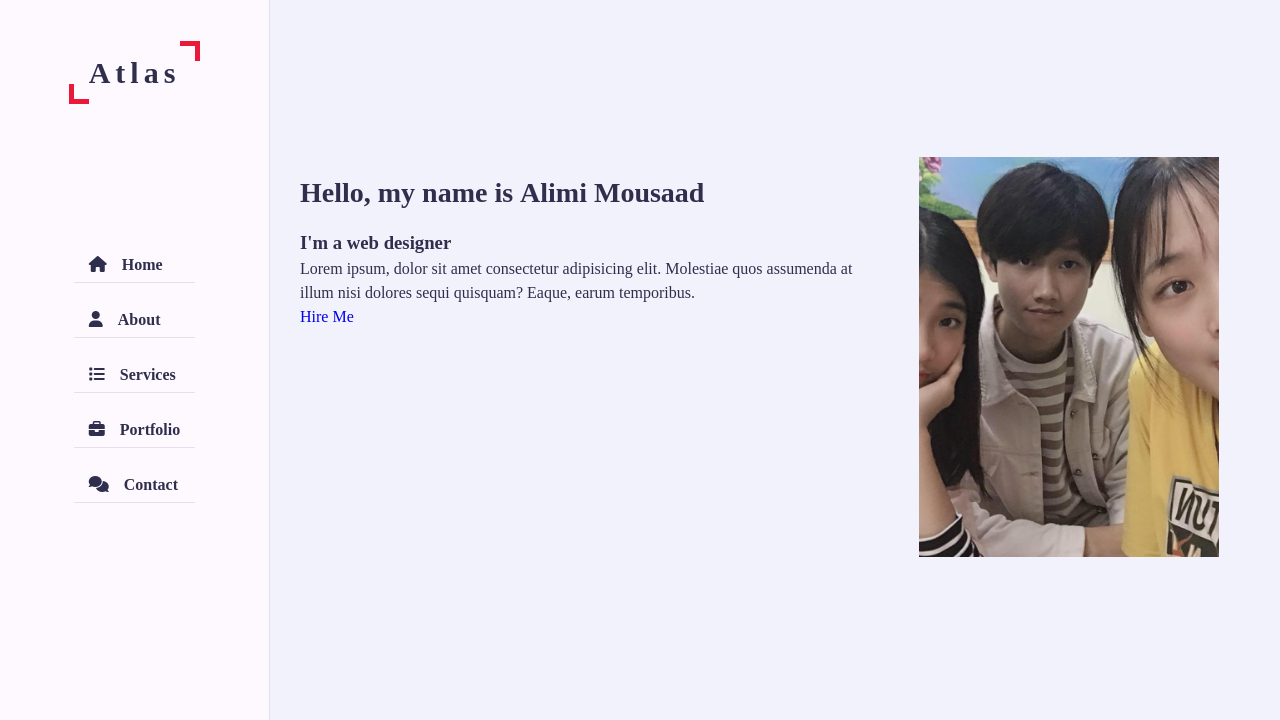
Repository: luanhoang0902/portfolio-ui
Page: index.html
The author's editor kept a copy of each file at every save. The page is drawn from the files as they stood at one save, then again after the next save.
The browser window is 1280 px wide. The pictures show the whole page.
Some web fonts or font styles are not loaded; a fallback is used. Some web libraries are served in a nearby version.

Above is the page before, as saved 2022-06-02 15:10:40.

### index.html
<!DOCTYPE html>
<html lang="en">
  <head>
    <meta charset="UTF-8" />
    <meta http-equiv="X-UA-Compatible" content="IE=edge" />
    <meta name="viewport" content="width=device-width, initial-scale=1.0" />
    <title>Document</title>

    <!--  ===== CSS Files ===== -->
    <link rel="stylesheet" href="./css/style.css" />
    <link rel="stylesheet" href="./css/skins/color-1.css" />
    <link
      rel="stylesheet"
      href="https://cdnjs.cloudflare.com/ajax/libs/font-awesome/6.1.1/css/all.min.css"
    />
  </head>
  <body>
    <!--  ===== Main Container Start> ===== -->
    <div class="main-container">
      <!--  ===== Aside Start> ===== -->
      <div class="aside">
        <div class="logo">
          <a href="#"><span>A</span>tlas</a>
        </div>
        <div class="nav-toggler">
          <span></span>
        </div>
        <ul class="nav">
          <li><a href="#"><i class="fa fa-home" class = "active"></i>Home</a></li>
          <li><a href="#"><i class="fa fa-user"></i>About</a></li>
          <li><a href="#"><i class="fa fa-list"></i>Services</a></li>
          <li><a href="#"><i class="fa fa-briefcase"></i>Portfolio</a></li>
          <li><a href="#"><i class="fa fa-comments"></i>Contact</a></li>
        </ul>
      </div>
      <!--  ===== Aside End> ===== -->
      <!--  ===== Main Content Start> ===== -->
      <div class="main-content">
        <!--  ===== Home Selection Start> ===== -->
        <section class="home section">
          <div class="container">
            <div class="row">
              <div class="home-info padd-15">
                <h3 class="hello">Hello, my name is <span class="name">Alimi Mousaad</span></h3>
                <h3 class="my-profession">I'm a <span class="typing">web designer</span></h3>
                <p>Lorem ipsum, dolor sit amet consectetur adipisicing elit. Molestiae quos assumenda at illum nisi dolores sequi quisquam? Eaque, earum temporibus.</p>
                <a href="#contact" class = "btn hire-me">Hire Me</a>
              </div>
              <div class="home-img padd-15">
                <img src="./images/avatar.JPG" alt="">
              </div>
            </div>
          </div>
        </section>
        <!--  ===== Home Selection End> ===== -->
      </div>
       <!--  ===== Main Content End> ===== -->
    </div>
    <!--  ===== Main Container End> ===== -->
    <!--  ===== JS Files ===== -->
    <script src="js/script.js"></script>
  </body>
</html>

### css/style.css
/* import font chữ vào */
@import url('https://fonts.googleapis.com/css2?family=Clicker+Script&family=Montserrat:ital,wght@1,100&family=Poppins:ital,wght@0,200;0,300;0,400;0,500;0,700;1,600&display=swap');
/* Khai báo biến */
:root
{
    --bg-black-900: #f2f2fc;
    --bg-black-100: #fdf9ff;
    --bg-balck-50: #e8dfec;

    --text-black-900: #302e4d;
    --text-black-700: #504e70;
}

body
{
    line-height: 1.5;
    font-size: 16px;
    font-family: 'Poopins' sans-serif;
}

*
{
    margin: 0;
    padding: 0;
    outline: none;
    text-decoration: none;
    box-sizing: border-box;
}

::before,::after {
    box-sizing: border-box;
}

ul
{
    list-style: none;
}
.section
{
    background: var(--bg-black-900);
    min-height: 100vh;
    display: block;
    position: fixed;
    padding: 0 30px;
    left: 270px;
    top: 0;
    right: 0;
    opacity: 1;
}
.padd-15
{
    padding-left: 15px;
    padding-right: 15px;
}
.container
{
    max-width: 1100px;
    width: 100%;
    margin: auto;
}
.row
{
    display: flex;
    flex-wrap: wrap;
    margin-left: -15px;
    margin-right: -15px;
    position: relative;
}
/* aside */
.aside
{
    position: fixed;
    left: 0;
    top: 0;

    display: flex;
    justify-content: center;
    align-items: center;

    width: 270px;

    background: var(--bg-black-100);

    border-right: 1px solid var(--bg-balck-50);
    padding: 30px;
    height: 100%;
    z-index: 10;
}
.aside .logo
{
    position: absolute;
    top: 50px;
    font-size: 30px;
    text-transform: capitalize;
}
.aside .logo a
{
    position: relative;
    color: var(--text-black-900);
    font-weight: 700;

    padding: 15px 20px;
    font-size:30px;
    letter-spacing: 5px;
}
.aside .logo a span
{
    font-family: 'Click Script', cursive;
    font-family: 40px;
}
.aside .logo a::before
{
    content: '';
    position: absolute;
    bottom: 0;
    left: 0;
    width: 20px;
    height: 20px;

    border-bottom: 5px solid var(--skin-color);
    border-left: 5px solid var(--skin-color);
}
.aside .logo a::after
{
    content: '';
    position: absolute;
    top: 0;
    right: 0;
    width: 20px;
    height: 20px;

    border-top: 5px solid var(--skin-color);
    border-right: 5px solid var(--skin-color);
}
.aside .nav-toggler
{
    height: 40px;
    width: 45px;
    border: 1px solid var(--bg-balck-50);
    cursor: pointer;
    position: fixed;
    left: 300px;
    top: 20px;
    border-radius: 5px;
    background: var(--bg-balck-100);
    display: none;
    justify-content: center;
    align-items: center;
}
.aside .nav-toggler span
{
    height: 2px;
    width: 18px;
    background: var(--skin-color);
    display: inline-block;
    position: relative;
}
.aside .nav-toggler span::before
{
    content: '';
    height: 2px;
    width: 18px;
    background: var(--skin-color);
    position: absolute;
    top: -6px;
    left: 0;
}
.aside .nav-toggler span::after
{
    content: '';
    height: 2px;
    width: 18px;
    background: var(--skin-color);
    position: absolute;
    top: 6px;
    left: 0;
}
.aside .nav
{
    margin-top: 50px;
}
.aside .nav li
{
    margin-bottom: 20px;
    display: block;
}
.aside .nav li a
{
    font-size: 16px;
    font-weight: 600;
    display: block;
    border-bottom: 1px solid var(--bg-balck-50);
    color: var(--text-black-900);
    padding: 5px 15px;
}
.aside .nav li a.active
{
    color: var(--skin-color);
}
.aside .nav li a i
{
    margin-right: 15px;
}
/* Home */
.home
{
    min-height: 100vh;
    display: flex;
    color: var(--text-black-900);
}
.home .home-info
{
    flex: 0 0 60%;
    min-width: 60%;
}
h3.hello
{
    font-size: 28px;
    margin: 15px 0;
}
h3.hello span
{
    font-family: 'Clicker Script', cursive;
}
.home .home-img
{
    flex: 0 0 40%;
    min-width: 40%;
    text-align: center;
    position: relative;
}
.home .home-img img
{
    height: 400px;
    width: 300px;
    object-fit: cover;
}

Loaded but not shown: css/skins/color-1.css (common file); js/script.js (no copy from this time; the picture is the same without it)

After the next save:
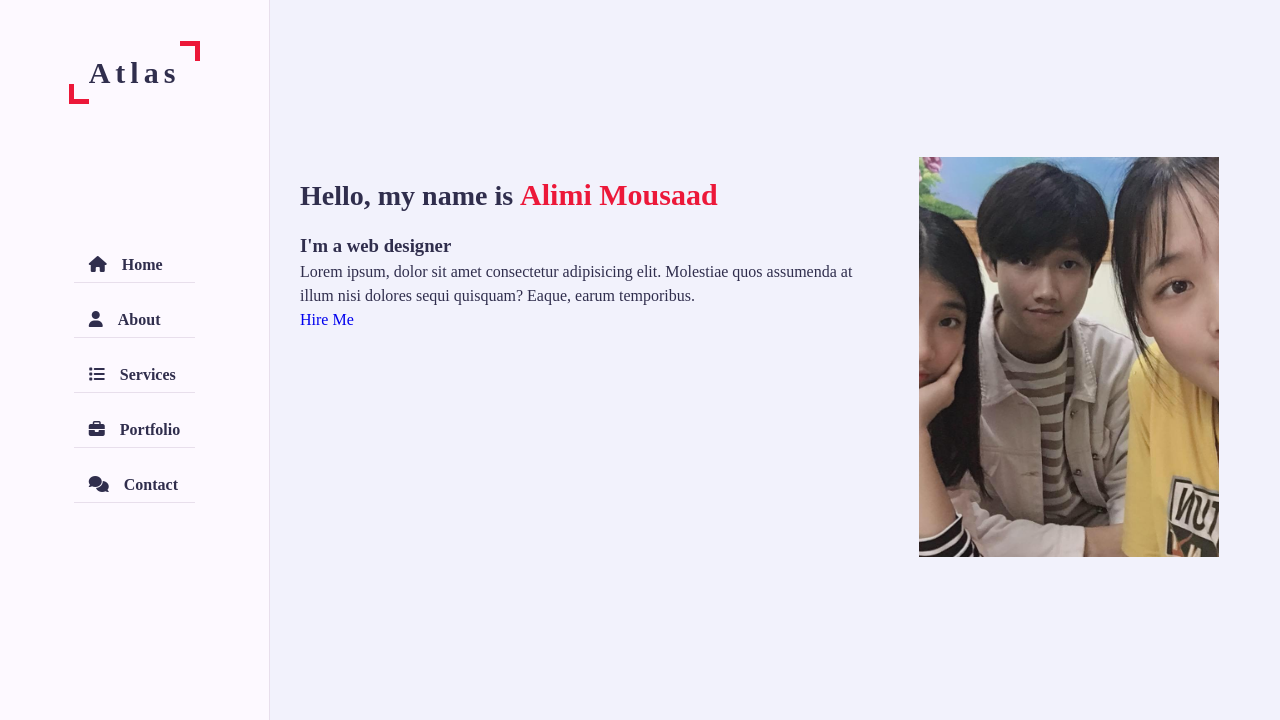
Saved 45 s later.
--- a/css/style.css
+++ b/css/style.css
@@ -221,6 +221,9 @@
 h3.hello span
 {
     font-family: 'Clicker Script', cursive;
+    font-size: 30px;
+    font-weight: 700;
+    color: var(--skin-color);
 }
 .home .home-img
 {
